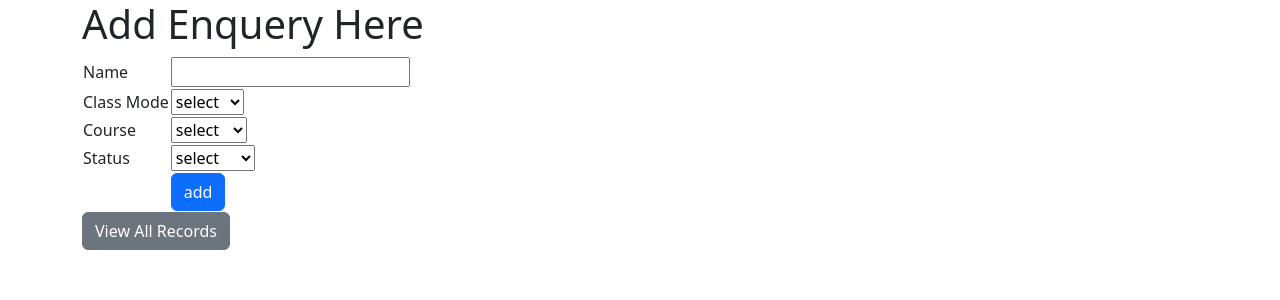
Repository: SaiKumarMupparapu/mini_projects
Page: http://localhost/enquiry
An editor plug-in stored every save of this project. The page is shown before and after the next save, followed by the edit.
The browser window is 1280 px wide. The pictures show the whole page.
The page is this project's Thymeleaf template; nobody is signed in. The template is opened directly, without the code that normally fills it, so the values that code supplies are empty.

Above is the page before, as saved 2024-04-02 10:45:21.

After the next save:
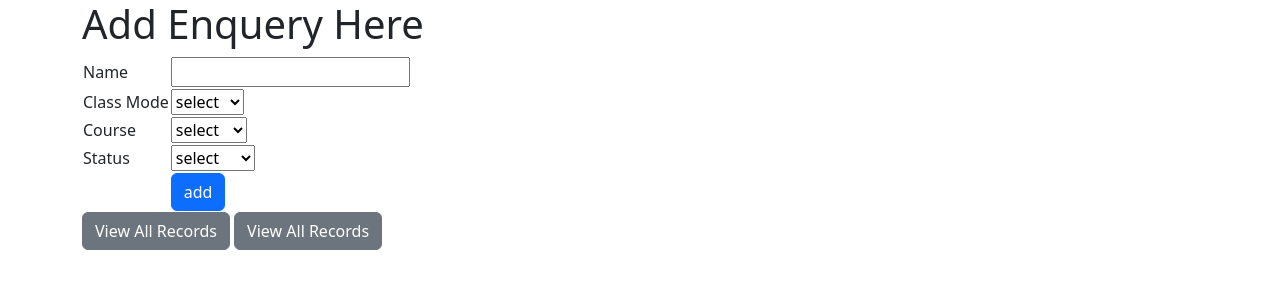
Saved 27 s later.
--- a/Counsellors_portal/src/main/resources/templates/enquiry.html
+++ b/Counsellors_portal/src/main/resources/templates/enquiry.html
@@ -71,6 +71,7 @@
 	<div class="container">
 
 		<a href="/view" class="btn btn-secondary">View All Records</a>
+		<a href="/view" class="btn btn-secondary">View All Records</a>
 	</div>
 
 	<script src="https://cdn.jsdelivr.net/npm/bootstrap@5.3.3/dist/js/bootstrap.bundle.min.js"
